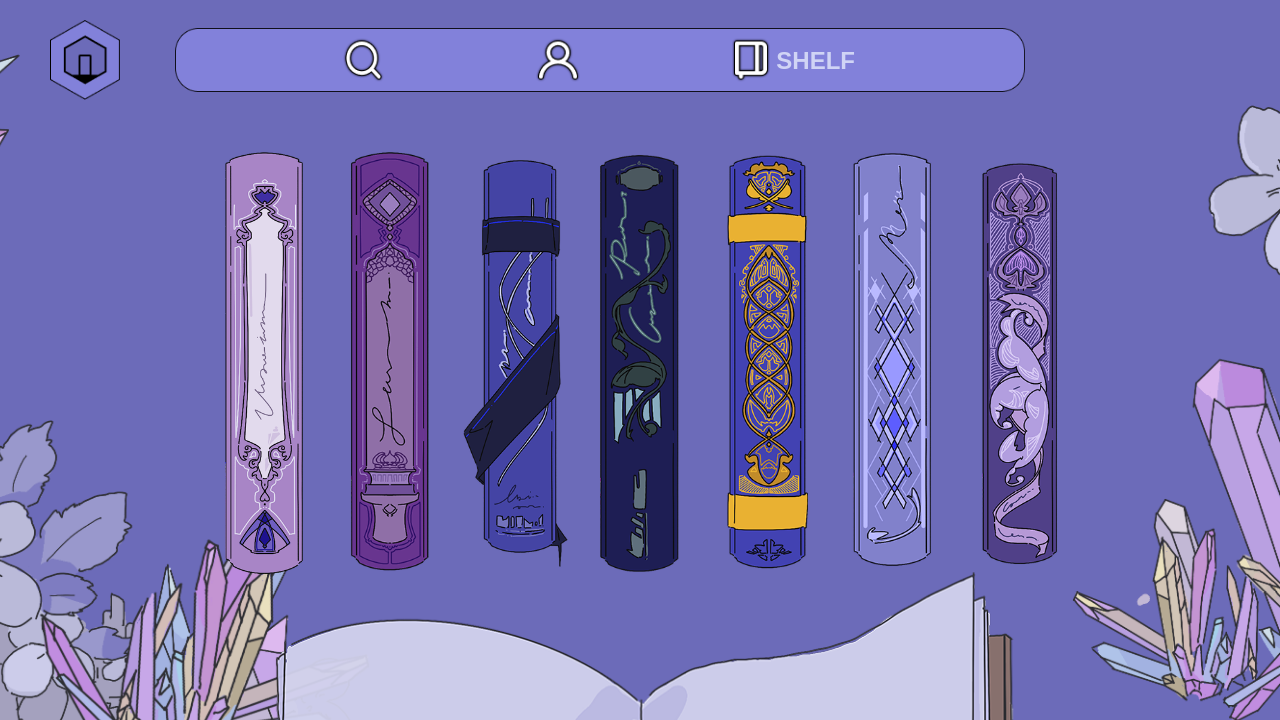
Repository: carolmmc/BabelLibrary
Page: mine.html
These files come from the project's save history. The page is drawn as it stood at one moment and after the next save; the edit follows.
The browser window is 1280 px wide. The pictures show the whole page.

Above is the page before, as saved 2025-05-10 01:13:40.

After the next save:
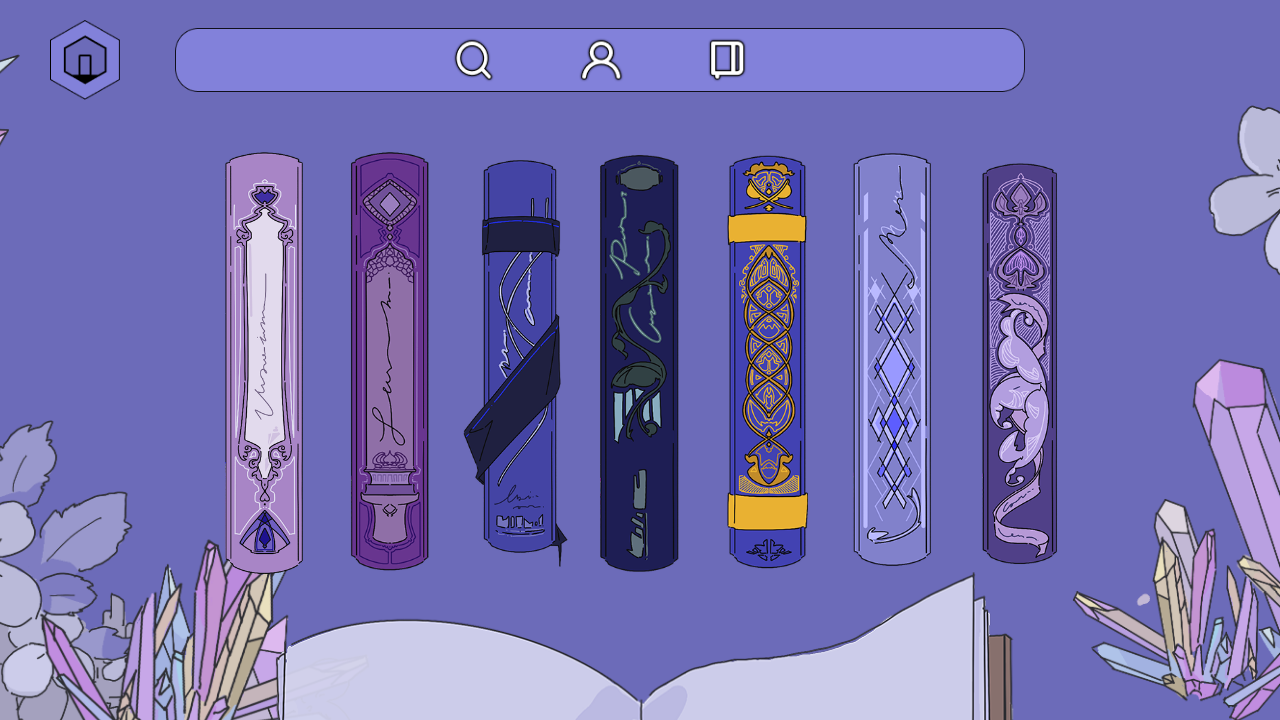
Saved 2 min 53 s later.
--- a/mine.html
+++ b/mine.html
@@ -54,7 +54,6 @@
         .icon-link {
             display: flex;
             align-items: center;
-            gap: 8px;
             color: #D0D4F5;
             font-size: 24px;
             font-weight: bold;
@@ -73,8 +72,8 @@
             left: 50%;
             transform: translate(-50%, -50%);
             display: flex;
-            justify-content: space-between; /* 改用 space-between 实现均匀分布 */
-            width: 60%; /* 控制图标分布的整体宽度范围 */
+            justify-content: space-evenly;   /* 三个图标保持均匀间距 */
+            width: 55%;                      /* 适度收窄，避免贴边 */
             z-index: 2;
         }
 
@@ -240,7 +239,6 @@
                 </a>
                 <a href="shelf.html" class="icon-link shelf-link">
                     <img src="shelf.png" alt="书架" class="nav-icon shelf-icon">
-                    <span class="nav-label">SHELF</span>
                 </a>
             </div>
         </div>
